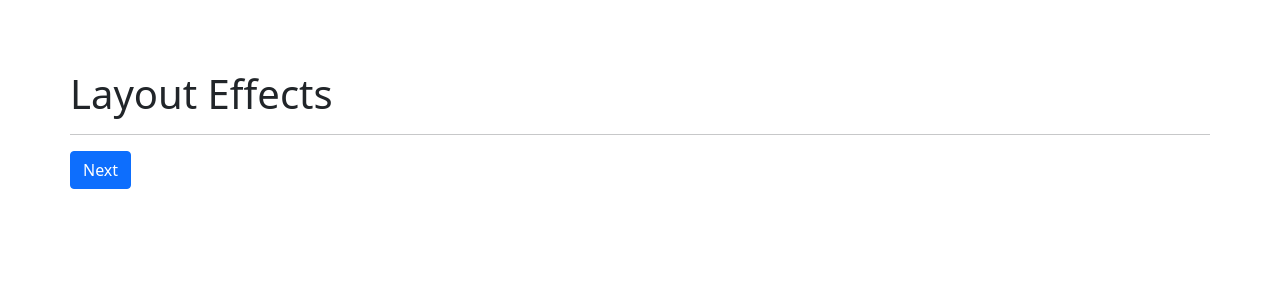
Repository: ppfeliuu/hooks-app
Page: /
The author's editor kept a copy of each file at every save. The page is drawn from the files as they stood at one save, then again after the next save.
The browser window is 1280 px wide. The pictures show the whole page.
The page's requests for data from a server got no answer. The project was rebuilt for these pictures with package versions that can differ from the ones it lists, and the page was loaded fresh each time. No one was signed in, and anything a server would have sent is missing. Also part of the build but not shown: src/components/01-useState/CounterApp.js, src/components/01-useState/CounterWithCustomHook.js, src/hooks/useForm.js, src/components/02-useEffect/FormWithCustomHook.js, src/components/02-useEffect/Message.js, src/components/02-useEffect/SimpleForm.js, src/components/04-useRef/FocusScreen.js, src/components/03-examples/MultipleCustomHooks.js and 3 more.

Above is the page before, as saved 2021-05-29 22:57:58.

After the next save:
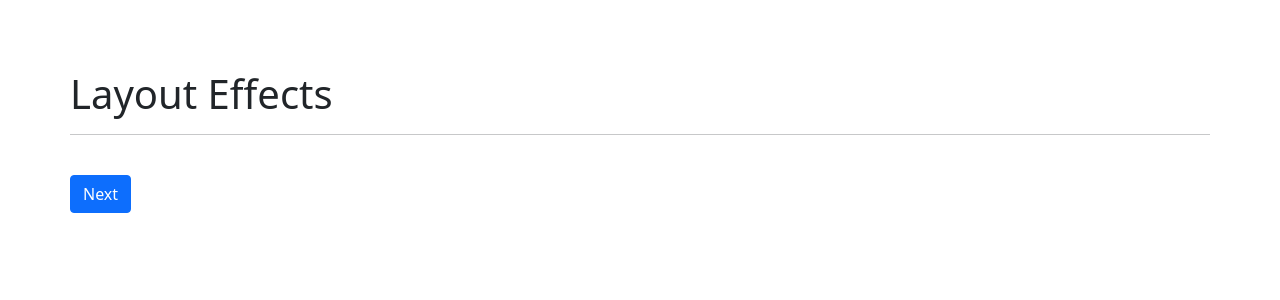
Saved 48 s later.
--- a/src/components/05-useLayoutEffect/LayoutEffect.js
+++ b/src/components/05-useLayoutEffect/LayoutEffect.js
@@ -17,7 +17,7 @@ export const LayoutEffects = () => {
       <h1>Layout Effects</h1>
       <hr />
 
-      <blockquote className="blockquote text-right">
+      <blockquote className="blockquote d-flex justify-content-end">
         <p className="mb-2">{quote}</p>
       </blockquote>
 
